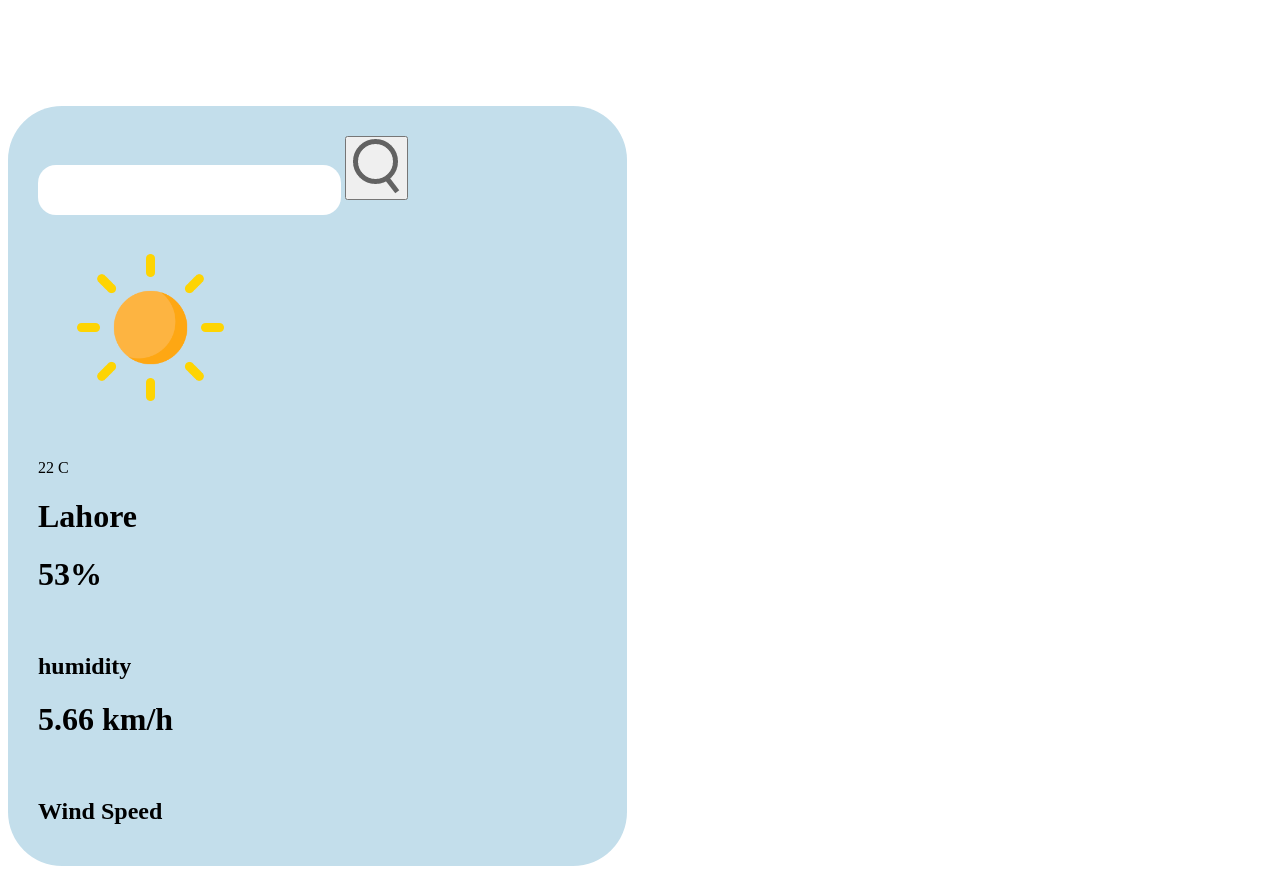
Repository: WajihaGul/Javascripts-Projects
Page: WEATHER APP/index.html
These files come from the project's save history. The page is drawn as it stood at one moment and after the next save; the edit follows.
The browser window is 1280 px wide. The pictures show the whole page.

Above is the page before, as saved 2024-06-07 15:15:59.
Not found: WEATHER APP/script.js

### WEATHER APP/index.html
<!DOCTYPE html>
<html>
    <head>
        <meta charset="utf-8">
        <meta http-equiv="X-UA-Compatible" content="IE=edge">
        <title></title>
        <meta name="description" content="">
        <meta name="viewport" content="width=device-width, initial-scale=1">
        <link rel="stylesheet" href="./style.css">
    </head>
    <body>
            <div class="MainDiv">
                <div >
                <input type="search" class="Search">

                <button class="SearchLogo"><img src="/images/search.png" alt="SearchLogo"></button>
            </div>

            <div class="SecDiv">
                <div class="weather">
                <img src="./images/clear.png" alt="weather here">
                </div>
                <div class="temp">
                    <p>22 C</p>
                </div>
                <div class="cityName">
                    <h1>Lahore</h1>
                </div>
                <div class="humidity">
                    <h1>53%</h1>
                    <br>
                    <h2>humidity</h2>
                </div>
                <div class="windSpeed">
                    <h1>5.66 km/h</h1>
                    <br>
                    <h2>Wind Speed</h2>
                </div>
            </div>
        </div>
        <script src="./script.js" async defer></script>
    </body>
</html>

### WEATHER APP/style.css
.MainDiv{
    background-color: #c3deeb;
    /* margin: 0 auto; */
    width: 559px;
    /* display: flex; */
    margin-top: 106px;
    border-radius: 54px;
    height: 700px;
    padding: 30px
}
.Search{
    width: 303px;
    height: 50px;
    border-radius: 18px;
    padding: 10px;
    border-color: transparent;
}

After the next save:
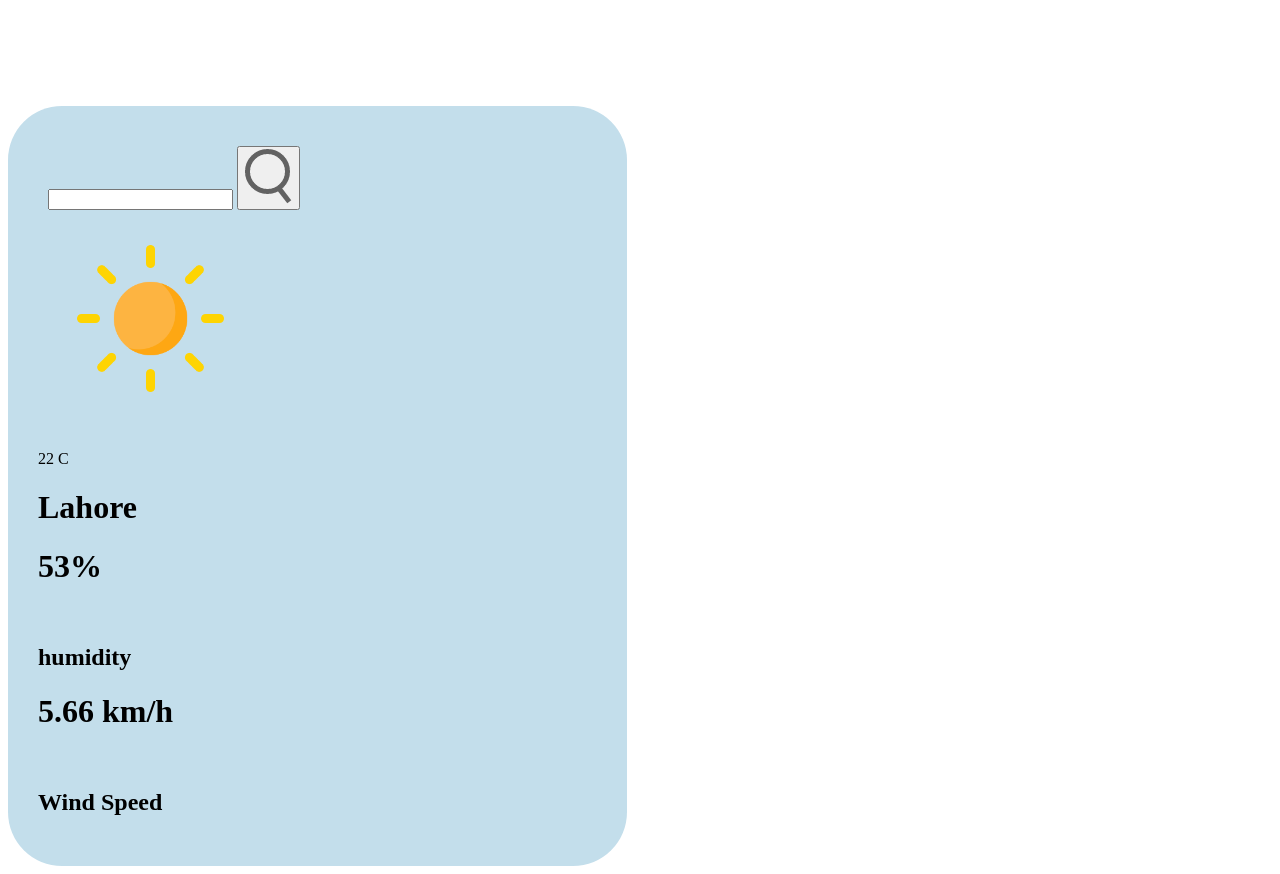
Saved 2 min 27 s later.
--- a/WEATHER APP/index.html
+++ b/WEATHER APP/index.html
@@ -10,9 +10,8 @@
     </head>
     <body>
             <div class="MainDiv">
-                <div >
-                <input type="search" class="Search">
-
+                <div class="Search" >
+                <input type="search" class="SearchInput">
                 <button class="SearchLogo"><img src="/images/search.png" alt="SearchLogo"></button>
             </div>
 
